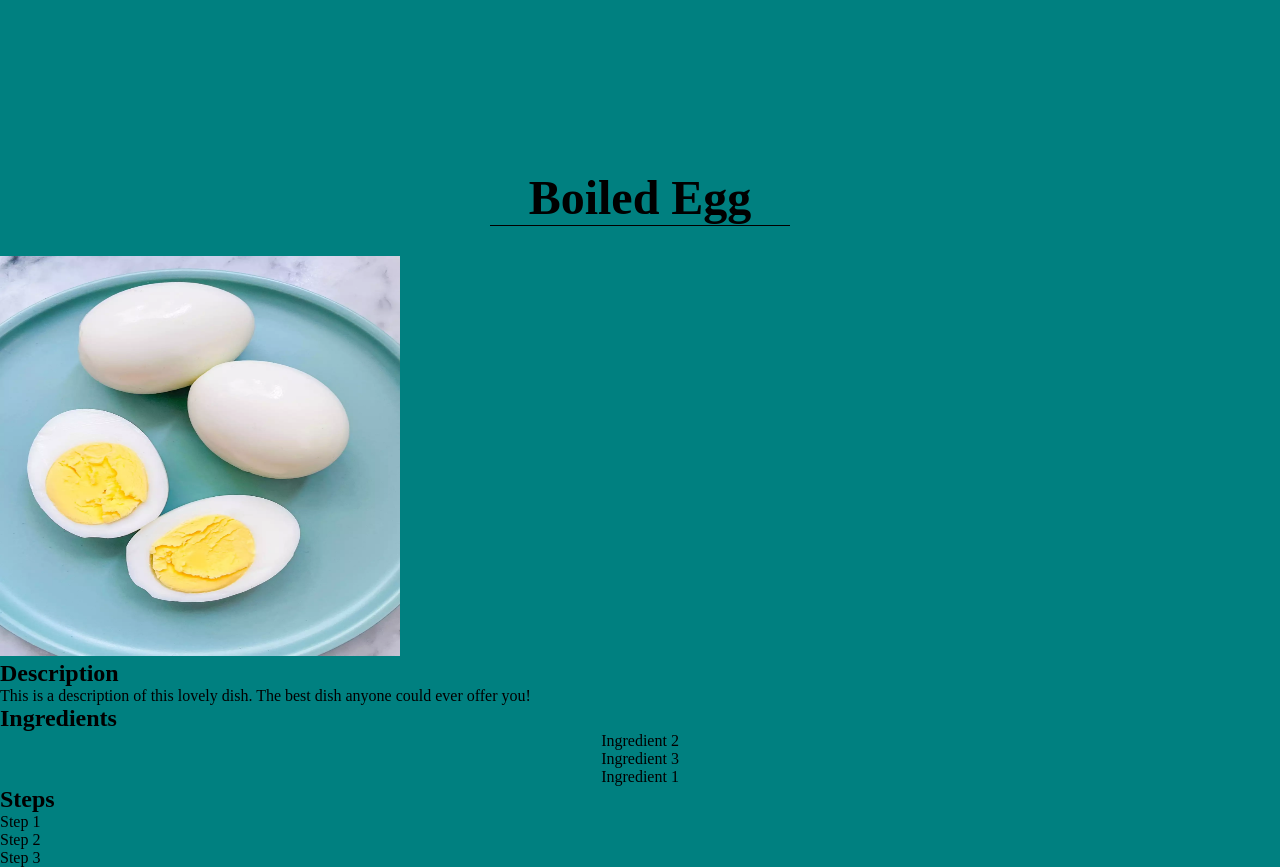
Repository: Pafestivo/odin-recipes
Page: recipes/boiled-egg.html
An editor plug-in stored every save of this project. The page is shown before and after the next save, followed by the edit.
The browser window is 1280 px wide. The pictures show the whole page.

Above is the page before, as saved 2022-09-24 12:48:30.

### recipes/boiled-egg.html
<!DOCTYPE html>
<html lang="en">
<head>
    <meta charset="UTF-8">
    <meta name="viewport" content="width=device-width, initial-scale=1.0">
    <link rel="stylesheet" href="../css/recipe-styles.css">
    <title>Recipe-Boiled Egg</title>
</head>
<body>
    <h1>Boiled Egg</h1>
    <img
    src="../images/boiled-egg.jpg"
    alt="An image of Boiled Egg"
    />
    <h2>Description</h2>
    <p>This is a description of this lovely dish. The best dish anyone could ever offer you!</p>

    <h2>Ingredients</h2>
    <ul>
    <li>Ingredient 2</li>
    <li>Ingredient 3</li>
    <li>Ingredient 1</li>
    </ul>

    <h2>Steps</h2>
    <ol>
    <li>Step 1</li>
    <li>Step 2</li>
    <li>Step 3</li>
    </ol>
</body>
</html>

### css/recipe-styles.css
* {
  box-sizing: border-box;
  padding: 0;
  margin: 0;
}

body {
  font-family: serif;
  background-color: #008080;
  padding: 1;
}

.container {
  background-color: #209B87;
  display: flex;
  width: 70vw;
  height: 100vh;
  padding: 1px;
  margin: 0 auto;
}

.inner {
  background-color: #80CF7F;
  width: 45vw;
  height: 80vh;
  margin: auto;
}

h1 {
  text-align: center;
  font-size: 3rem;
  margin: 170px auto 30px auto;
  border-bottom: 1px solid black;
  width: 300px;
}

img {
  width: 400px;
  height: 400px;
}

ul {
  list-style: none;
  display: flex;
  align-items: center;
  justify-content: center;
  flex-direction: column;
}

a {
  display: flex;
  justify-content: center;
  align-items: center;
  margin: 30px 0;
  width: 350px;
  font-size: 1.5em;
  height: 45px;
  border-radius: 20px;
  text-decoration: none;
  color: inherit;
  background-color: #F9F871;
  transition: all 0.1s ease-in;
}

a:hover {
  transform: scale(1.1);
}

After the next save:
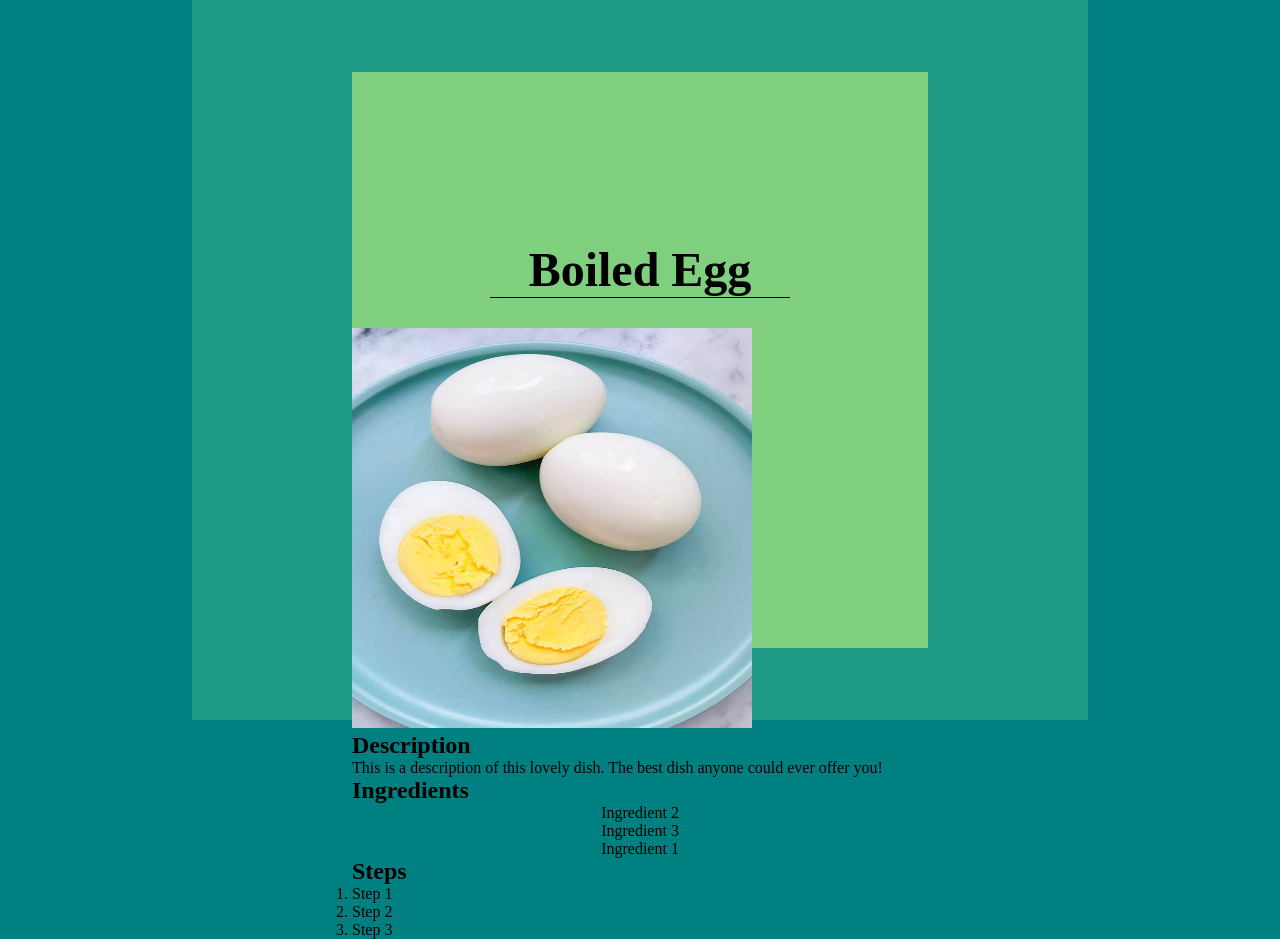
Saved 7 s later.
--- a/recipes/boiled-egg.html
+++ b/recipes/boiled-egg.html
@@ -7,26 +7,31 @@
     <title>Recipe-Boiled Egg</title>
 </head>
 <body>
-    <h1>Boiled Egg</h1>
-    <img
-    src="../images/boiled-egg.jpg"
-    alt="An image of Boiled Egg"
-    />
-    <h2>Description</h2>
-    <p>This is a description of this lovely dish. The best dish anyone could ever offer you!</p>
+    <div class="container">
+        <div class="inner">
+            <h1>Boiled Egg</h1>
+            <img
+            src="../images/boiled-egg.jpg"
+            alt="An image of Boiled Egg"
+            />
+            <h2>Description</h2>
+            <p>This is a description of this lovely dish. The best dish anyone could ever offer you!</p>
 
-    <h2>Ingredients</h2>
-    <ul>
-    <li>Ingredient 2</li>
-    <li>Ingredient 3</li>
-    <li>Ingredient 1</li>
-    </ul>
+            <h2>Ingredients</h2>
+            <ul>
+            <li>Ingredient 2</li>
+            <li>Ingredient 3</li>
+            <li>Ingredient 1</li>
+            </ul>
 
-    <h2>Steps</h2>
-    <ol>
-    <li>Step 1</li>
-    <li>Step 2</li>
-    <li>Step 3</li>
-    </ol>
+            <h2>Steps</h2>
+            <ol>
+            <li>Step 1</li>
+            <li>Step 2</li>
+            <li>Step 3</li>
+            </ol>
+        </div> <!-- /inner -->
+    </div> <!-- /container -->
+
 </body>
 </html>
